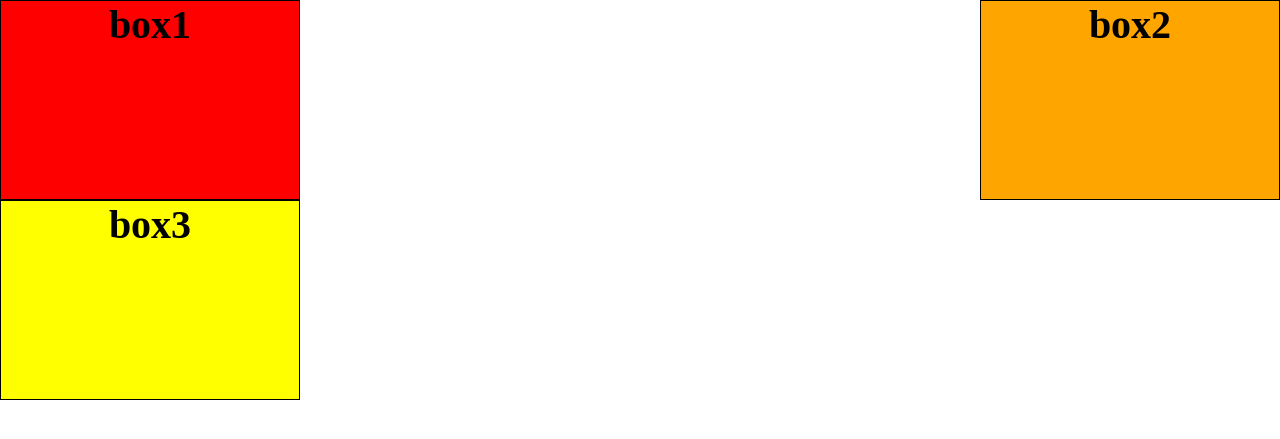
Repository: gwonjunsu95/html5
Page: html5/WebContent/day0301.html
The author's editor kept a copy of each file at every save. The page is drawn from the files as they stood at one save, then again after the next save.
The browser window is 1280 px wide. The pictures show the whole page.

Above is the page before, as saved 2020-04-20 03:57:53.

After the next save:
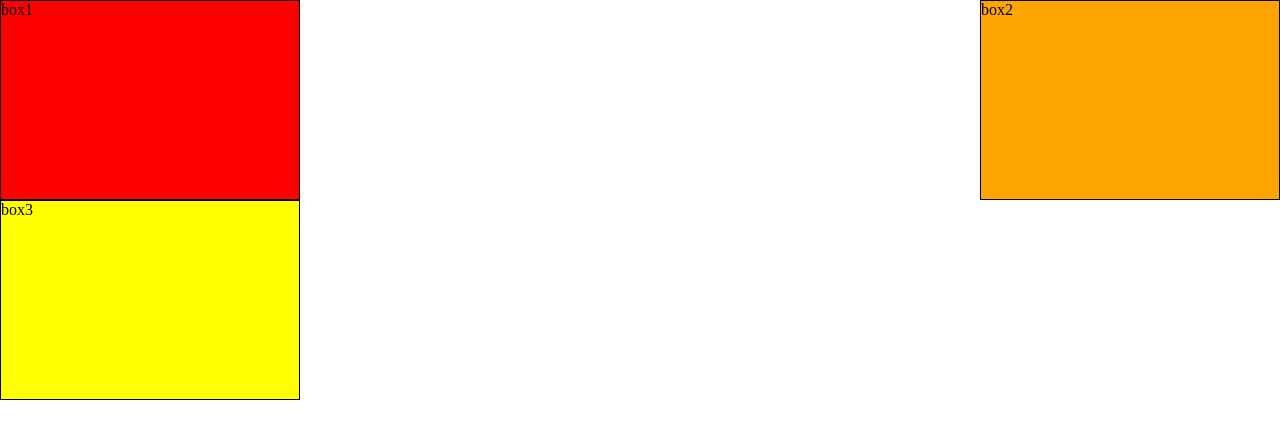
Saved 12 s later.
--- a/html5/WebContent/day0301.html
+++ b/html5/WebContent/day0301.html
@@ -14,9 +14,6 @@
 		div{
 			width: 300px;
 			height: 200px;
-			text-align: center;
-			font-size: 40px;
-			font-weight: 700;
 			border: 1px solid black;
 			box-sizing: border-box;
 		}
